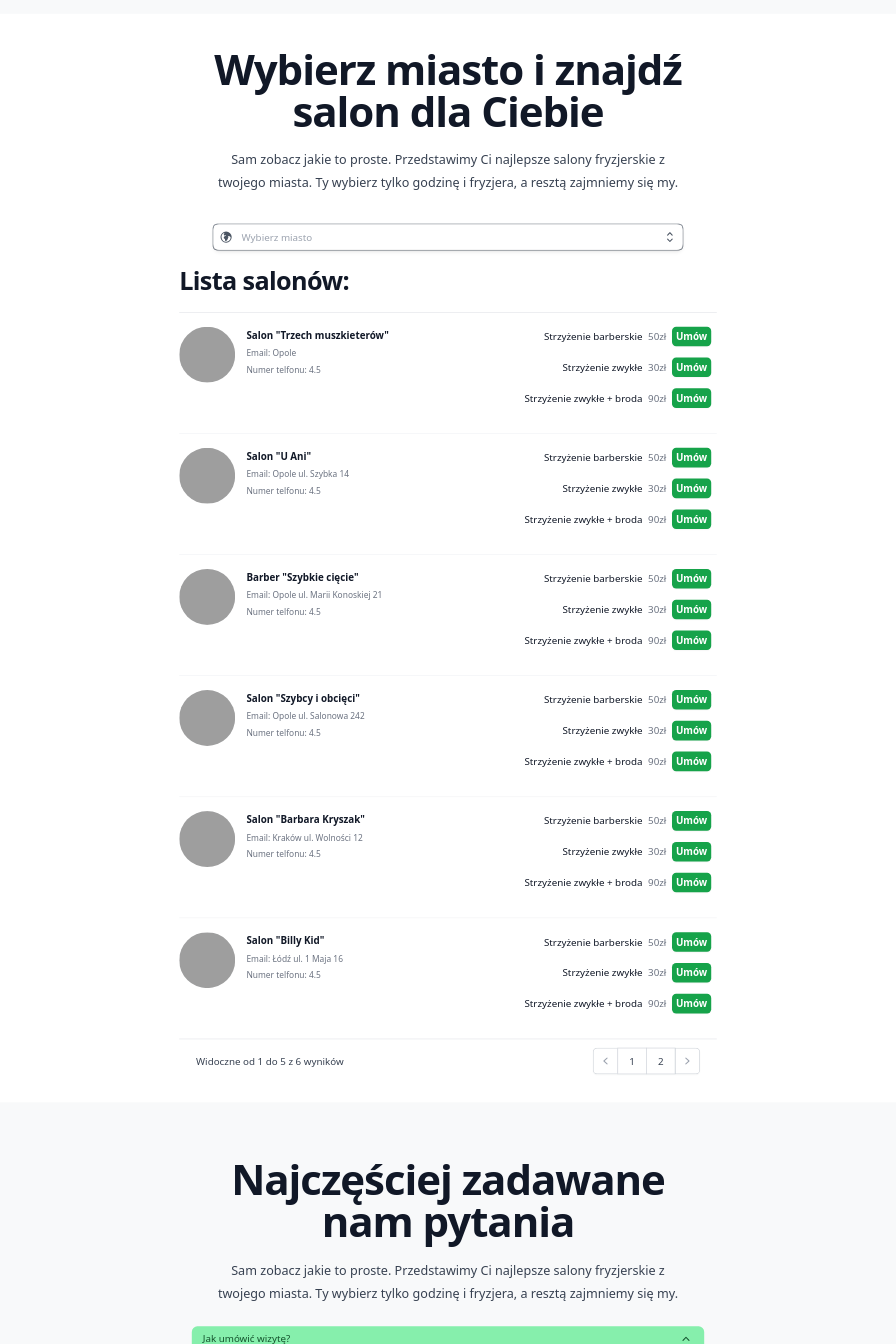
Repository: PrzemyslawJura/my-app
Page: / (app in frontend/)
An editor plug-in stored every save of this project. The page is shown before and after the next save, followed by the edit.
The browser window is 1280 px wide. The pictures show the part of the page from y = 874 to 2794 px (the page is 3798 px tall), at 70% of full size.
Pictures or frames that could not be fetched are drawn as grey boxes. The page's requests for data from a server got no answer. The project was rebuilt for these pictures with package versions that can differ from the ones it lists, and the page was loaded fresh each time. No one was signed in, and anything a server would have sent is missing. Also part of the build but not shown: frontend/src/home/Listbox.jsx, frontend/src/home/StepOne.jsx, frontend/src/home/StepTwo.jsx, frontend/src/components/Calendar.jsx, frontend/src/components/Tabs.jsx, frontend/src/biznes/CalendarOfWork.jsx, frontend/src/components/CarouselDefault.jsx, frontend/src/biznes/Salon.jsx and 8 more.

Above is the page before, as saved 2023-11-16 13:55:18.

After the next save:
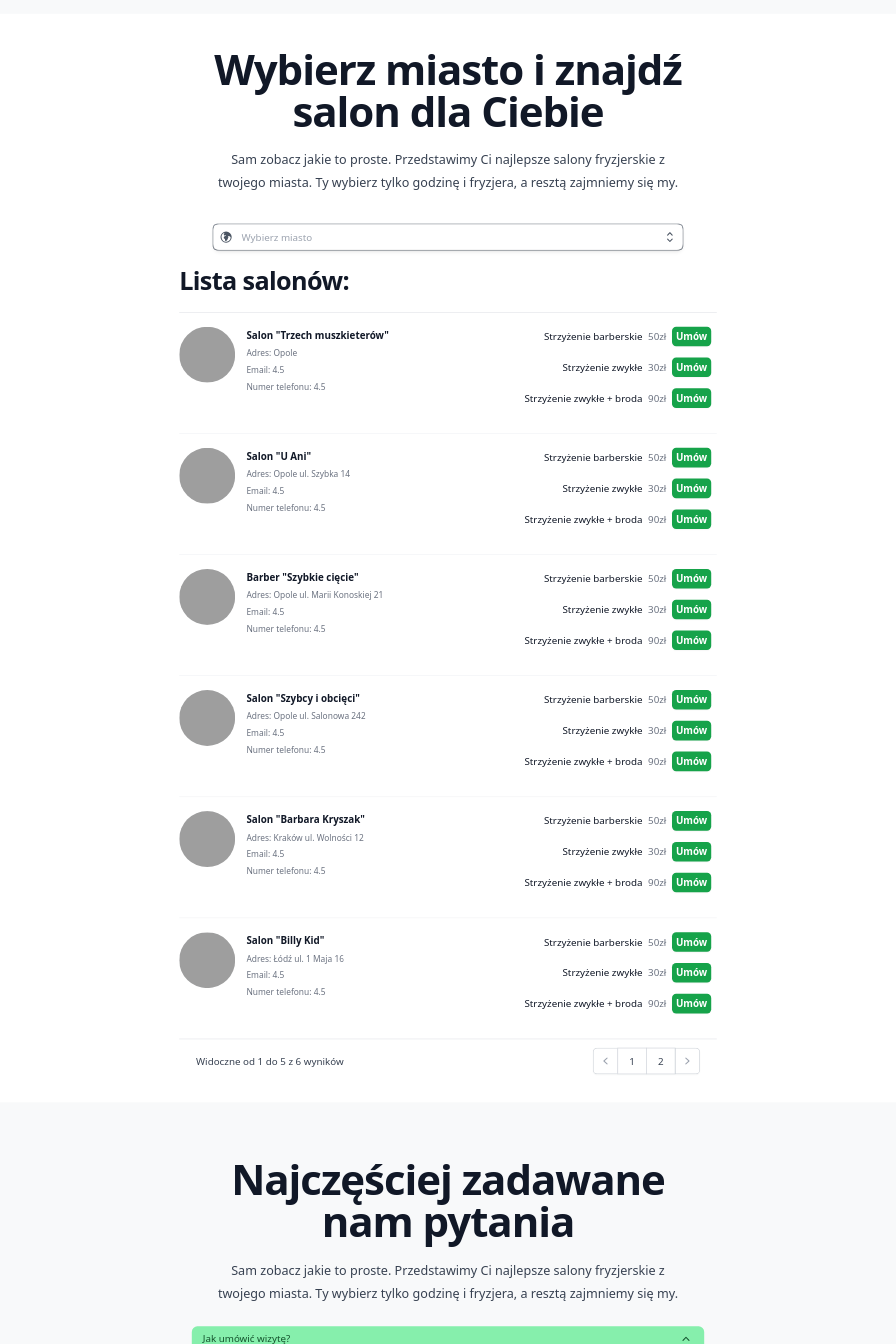
Saved 37 s later.
--- a/frontend/src/home/SalonOffer.jsx
+++ b/frontend/src/home/SalonOffer.jsx
@@ -10,9 +10,9 @@ return (
         <img className="h-20 w-20 flex-none rounded-full bg-gray-50" src={person.imageUrl} alt="" />
         <div className="min-w-0">
         <p className="text-sm font-semibold leading-6 text-gray-900">{person.name}</p>
-        <p className="mt-1 truncate text-xs leading-5 text-gray-500">Email: {person.email}</p>
-        <p className="mt-1 truncate text-xs leading-5 text-gray-500">Numer telfonu: {person.star}</p>
-
+        <p className="mt-1 truncate text-xs leading-5 text-gray-500">Adres: {person.email}</p>
+        <p className="mt-1 truncate text-xs leading-5 text-gray-500">Email: {person.star}</p>
+        <p className="mt-1 truncate text-xs leading-5 text-gray-500">Numer telefonu: {person.star}</p>
         </div>
         </div>
         <div className="hidden shrink-0 sm:flex sm:flex-col sm:items-end">
